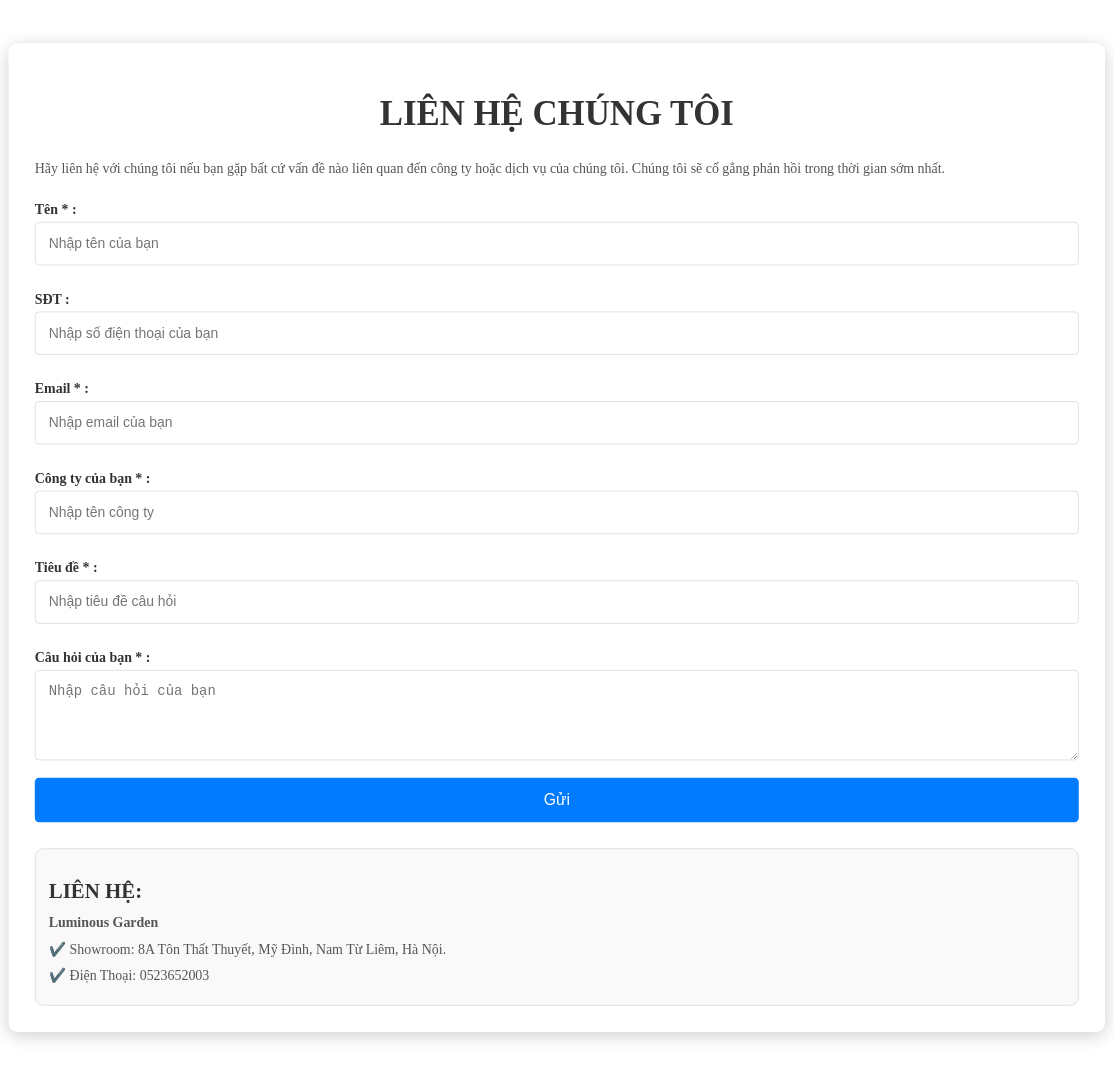
Repository: Nghia251506/eproject
Page: http://localhost/eproject/app/views/layouts/contact.php
An editor plug-in stored every save of this project. The page is shown before and after the next save, followed by the edit.
The browser window is 1280 px wide. The pictures show the whole page, at 87% of full size.
The page is run by PHP 8.4 with error messages shown; the project is at /var/www/html/.

Above is the page before, as saved 2024-10-04 16:11:00.

After the next save:
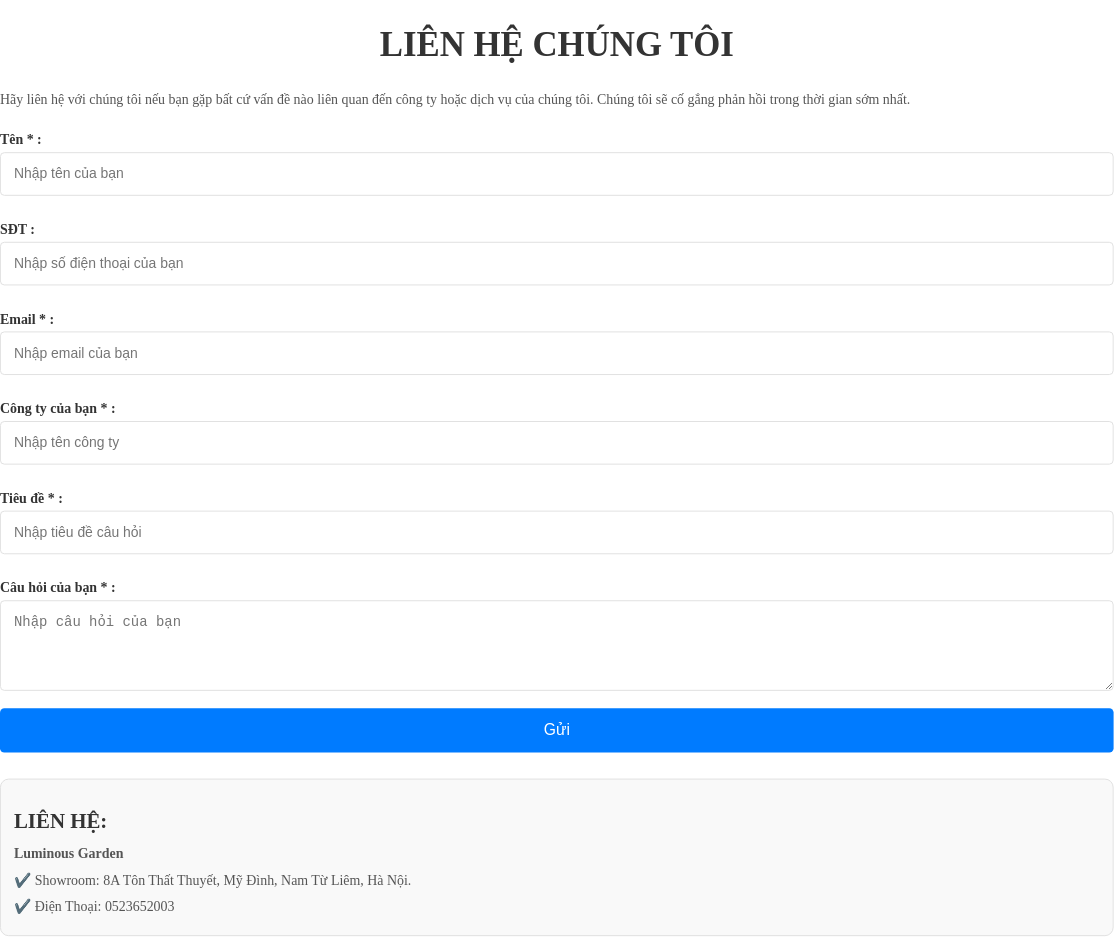
Saved 52 s later.
--- a/app/assets/css/contact.css
+++ b/app/assets/css/contact.css
@@ -7,7 +7,7 @@ body {
     padding: 0;
 }
 
-.container-contact {
+.container {
     max-width: 1200px;
     margin: 50px auto;
     background: rgba(255, 255, 255, 0.9); /* Nền trắng trong suốt */

After the save that followed:
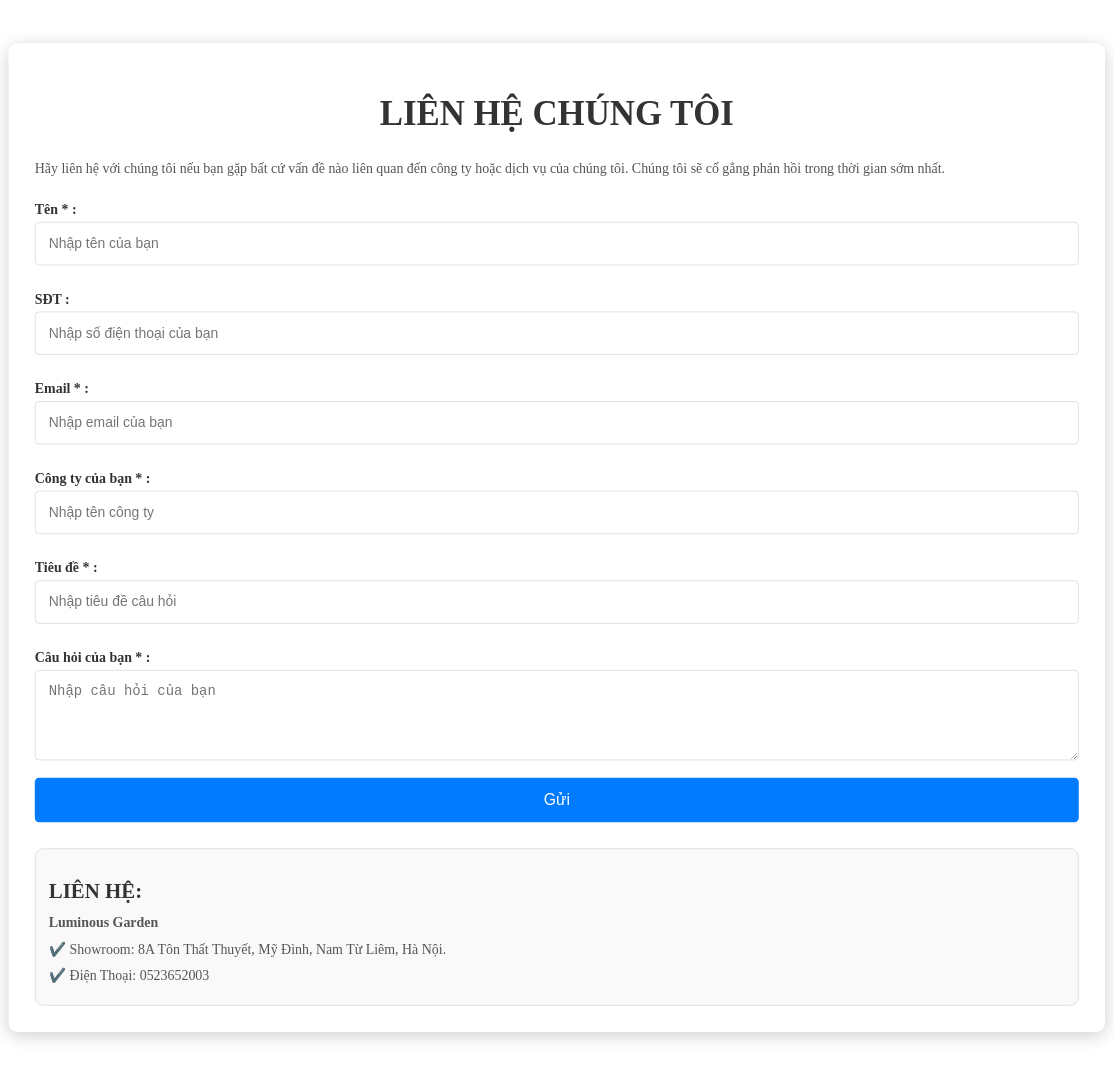
Saved 9 s later.
--- a/app/views/layouts/contact.php
+++ b/app/views/layouts/contact.php
@@ -8,7 +8,7 @@
 </head>
 <body>
 
-    <div class="container-contact">
+    <div class="container">
         <h1>LIÊN HỆ CHÚNG TÔI</h1>
         <p>Hãy liên hệ với chúng tôi nếu bạn gặp bất cứ vấn đề nào liên quan đến công ty hoặc dịch vụ của chúng tôi. Chúng tôi sẽ cố gắng phản hồi trong thời gian sớm nhất.</p>
 
